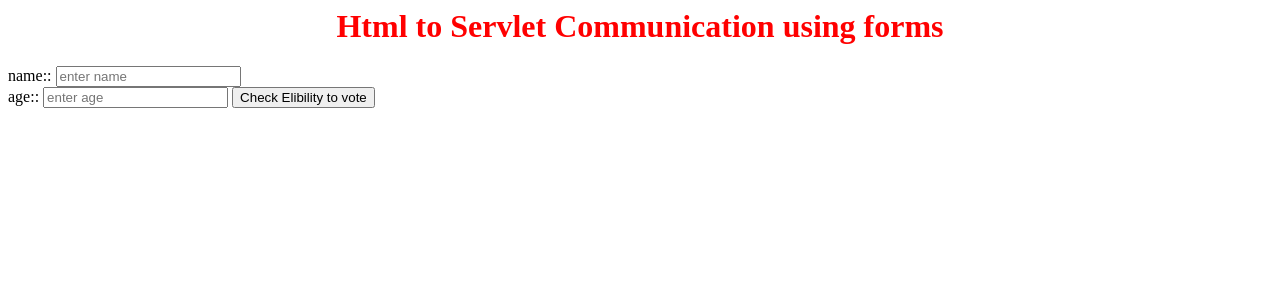
Repository: varunraj2297/AdvanceJavaWS
Page: AdvanceJavaWS/Proj-02-Html_to_Servlet_Communication_Using_forms/WebContent/input.html
These files come from the project's save history. The page is drawn as it stood at one moment and after the next save; the edit follows.
The browser window is 1280 px wide. The pictures show the whole page.

Above is the page before, as saved 2019-03-15 09:14:48.

### AdvanceJavaWS/Proj-02-Html_to_Servlet_Communication_Using_forms/WebContent/input.html
<h1 style="color: red;text-align: center">Html to Servlet Communication using forms</h1>
<html>
	<form action="http://localhost:2525/Proj-02-Html_to_Servlet_Communication_Using_forms/formurl">
			<label>name::</label>
			<input type="text" placeholder="enter name"/>
			<br>
			<label>age::</label>
			<input type="text" placeholder="enter age"/ >
			<input type="submit" value="Check Elibility to vote">

	</form>

</html>

After the next save:
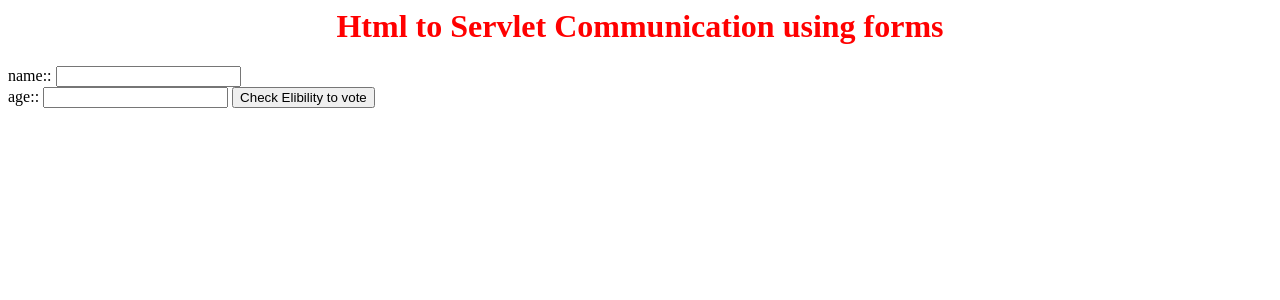
Saved 9 min 55 s later.
--- a/AdvanceJavaWS/Proj-02-Html_to_Servlet_Communication_Using_forms/WebContent/input.html
+++ b/AdvanceJavaWS/Proj-02-Html_to_Servlet_Communication_Using_forms/WebContent/input.html
@@ -1,13 +1,12 @@
 <h1 style="color: red;text-align: center">Html to Servlet Communication using forms</h1>
 <html>
-	<form action="http://localhost:2525/Proj-02-Html_to_Servlet_Communication_Using_forms/formurl">
+	<form action="formurl">
 			<label>name::</label>
-			<input type="text" placeholder="enter name"/>
+			<input type="text" name="name"/>
 			<br>
 			<label>age::</label>
-			<input type="text" placeholder="enter age"/ >
-			<input type="submit" value="Check Elibility to vote">
-
+			<input type="text" name="age"/ >
+			<a href=""><input type="submit" value="Check Elibility to vote"></a>
 	</form>
 
 </html>
